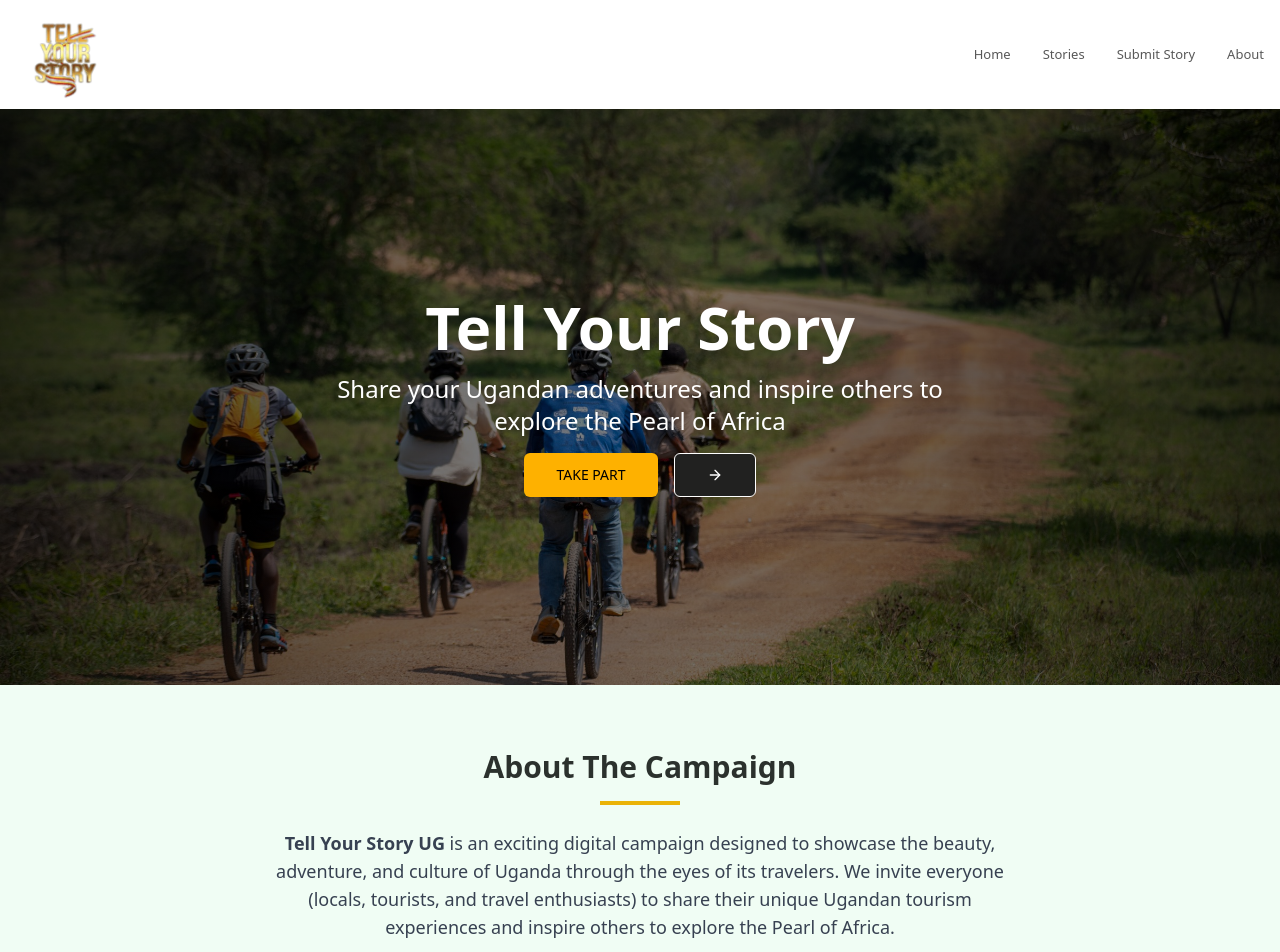
Repository: kaizoku010/take.part
Page: /
These files come from the project's save history. The page is drawn as it stood at one moment and after the next save; the edit follows.
The browser window is 1280 px wide. The pictures show the part of the page from y = 0 to 952 px (the page is 3588 px tall).
Backgrounds fixed to the window are drawn as part of the page. The project was rebuilt for these pictures with package versions that can differ from the ones it lists, and the page was loaded fresh each time. Also part of the build but not shown: vite.config.ts, src/components/ui/tooltip.tsx, src/pages/About.tsx, src/components/ui/input.tsx, src/pages/Stories.tsx, src/pages/StoryDetail.tsx, src/components/ui/use-toast.ts, src/components/ui/label.tsx and 4 more.

Above is the page before, as saved 2025-04-14 15:46:02.

After the next save:
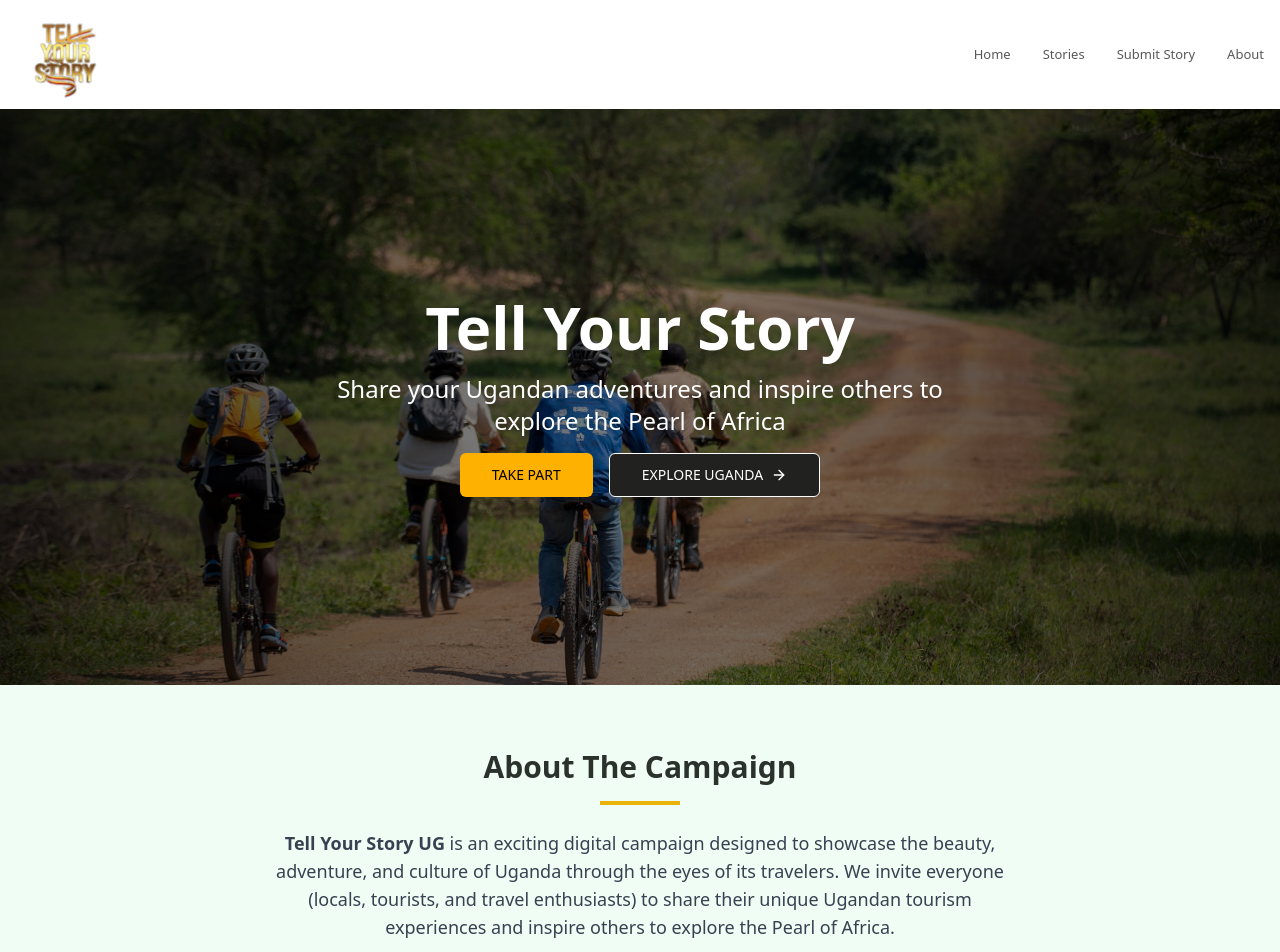
Saved 4 s later.
--- a/src/pages/Home.tsx
+++ b/src/pages/Home.tsx
@@ -80,7 +80,7 @@ const Home = () => {
 
             <Button size="lg" variant="outline" className="text-white border-white hover:bg-white/10">
               <Link to="/stories" className="flex items-center gap-2">
-
+                EXPLORE UGANDA
                 <ArrowRight size={20} />
               </Link>
             </Button>
